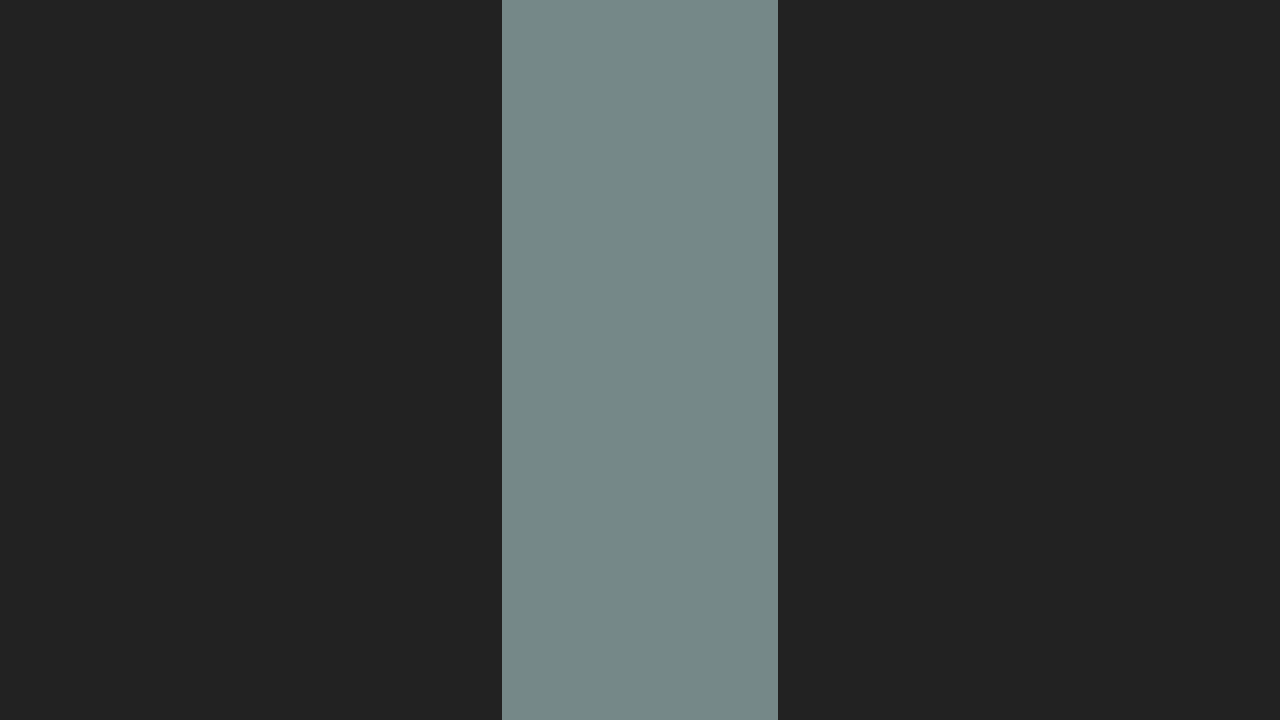
Repository: mindfoo/project-game
Page: index.html
An editor plug-in stored every save of this project. The page is shown before and after the next save, followed by the edit.
The browser window is 1280 px wide. The pictures show the whole page.

Above is the page before, as saved 2020-03-25 21:39:44.

### index.html
<!DOCTYPE html>
<html lang="en">
  <head>
    <meta charset="UTF-8" />
    <meta name="viewport" content="width=device-width;
    initial-scale=1; maximum-scale=1; user-scalable=0;"/>
    <meta http-equiv="X-UA-Compatible" content="ie=edge" />
    <link rel="stylesheet" href="styles/style.css" />
    <title>Project | Flappy Corona</title>
  </head>
  <body>

    <div id="game-board">
      <canvas id="canvas" width="100vw" height="400" ></canvas>

      <button class="start" id="start-button">Start Pandemic</button>
    </div>

    <script type="text/javascript" src="js/obstacles.js"></script>
    <script type="text/javascript" src="js/player.js"></script>
    <script type="text/javascript" src="js/background.js"></script>
    <script type="text/javascript" src="js/game.js"></script>
    <script type="text/javascript" src="js/script.js"></script>
  </body>
</html>

### styles/style.css
@import url('https://fonts.googleapis.com/css2?family=Sen:wght@400;700;800&display=swap');


html, body {
  overflow: hidden;
  margin: 0;
  padding: 0;
  background: #222;
  width: 100vw;
  height: 100vh;
  position: relative;
  display: flex;
  text-align: center;
  align-items: center;
  justify-content: center;
}

canvas{
  z-index: 1;
  background: #758888;
}

body > * {
  font-family: 'Sen', sans-serif;
  font-weight: 800;
}

body h1 {
  font-size: 30px;
  text-transform: uppercase;
}

body button {
  font-size: 20px;
  background-color: black;
  color: #fff;
  padding: 20px 30px;
  border: 0;
  margin: 40px;
}

#game-board {
  display: flex;
  flex-direction: column;
}

### js/obstacles.js
class ObstaclePipes {
    constructor(game) {
      this.game = game;
      this.ctx = game.ctx;

      this.height = 452/5;
      this.width = 471/5;

      this.x = this.game.width;
      this.y = Math.floor((Math.random() * (this.game.height-this.height)));

      this.speed = 3;

      this.position = [];

      this.image = new Image();
      this.image.src = "./images/corona.png";
    }
    drawObstacle() {
      console.log(this.y)
      this.ctx.drawImage(this.image, this.x, this.y, this.width, this.height);
    }
    update() {
      this.x -= this.speed;
    }
  }

### js/player.js
class Player {
  constructor(game) {
    this.game = game;
    this.ctx = game.ctx;
    this.x = 20;
    this.y = this.game.height / 2;
    this.width = 40;
    this.height = 35;

    this.speedY = 0;
    this.gravity = 0.05;
    this.gravitySpeed = 0;

    this.image = new Image();
    this.image.src = "./images/playa.png";
  }
  // only draws the player
  drawPlayer() {
    this.ctx.drawImage(this.image, this.x, this.y, this.width, this.height);
    //console.log(this.speedY , this.speedX);
  }

  update() {
    this.y += this.speedY;

    if (this.y < 0) {
      this.speedY = 1;
      this.y = 0;
    }
    if (this.y >= this.game.height - this.height) {
      this.speedY = 0;
    }
  }

  setControls() {

    window.addEventListener("keydown", event => {
      /*
      if (event.keyCode === 38) {
        this.speedY = -1;
      }
      if (event.keyCode === 40) {
        this.speedY = 1;
      }
      if (event.keyCode === 37) {
        this.speedX = -1;
      }
      if (event.keyCode === 39) {
        this.speedX = 1;
      }
      */
      if (event.keyCode === 32) {
        event.preventDefault();
        //console.log("pressed");

        this.speedY = -1;
        this.gravity = -.2;
        this.update();
      }
    });

    window.addEventListener("keyup", event => {
      if (event.keyCode === 32) {
        event.preventDefault();
        this.speedY *= -1;
      }
    });

  }

  // sets gravity on the position????
  newPos() {
    this.gravitySpeed += this.gravity;
    this.y += this.speedY - this.gravitySpeed;
  }
}

### js/background.js
class infiniteBackground {
    constructor(game){
        this.game = game;
        this.ctx = game.ctx;

        this.x = 0;
        this.y = 0;
        //this.width = 150;//900
        //this.height = 150;//504
        this.width = game.width; //900
        this.height = game.height; //504
        this.scrollSpeed = .5;

        this.image = new Image();

        this.image.src = "./images/cave.png";

    }
    drawBackground(){
        //console.log("drawing bg" + this.scrollSpeed)
        // draw image 1
        this.ctx.drawImage(this.image, this.x, this.y, this.width, this.height);
        // draw image 2
        this.ctx.drawImage(this.image, this.x + this.width, this.y, this.width, this.height);

        // update image height
        this.x -= this.scrollSpeed;
        //console.log(this.x);

        // resetting the images when the first image entirely exits the screen
        if (this.x < -this.game.width) {
            this.x = 0;
            //console.log("this");
        }


    }
}

### js/game.js
class Game {
  constructor(canvas) {
    this.canvas = canvas;
    this.ctx = canvas.getContext("2d");
    this.width = canvas.width;
    this.height = canvas.height;


    this.background = new infiniteBackground(this);
    //this.obstacle = new ObstaclePipes(this);
    this.animationId;

    this.player = new Player(this);
    this.player.setControls();

    this.frame = 0;
    this.obstaclesArray = [];
    this.scoreArray = [];
    //Helper for obstacle creation
    this.frame = 0;

    this.gameStatus = "game";
  }

  start() {
    //console.log("I started the game");
    if (this.gameStatus === "game") {
      this.animation();
    }
  }
  draw() {
    //console.log("I draw the game");
    this.ctx.clearRect(0, 0, this.width, this.height);
    this.background.drawBackground();
    this.player.drawPlayer();

    //Iterate over the obstacles
    for (let obstacle of this.obstaclesArray) {
      obstacle.drawObstacle();
    }
  }


  obstaclesExistence() {
    for (let obstacle of this.obstaclesArray) {
      obstacle.update();

      if (this.checkCollision(this.player, obstacle)) {
        this.gameStatus = "game-over";
      }

      if (obstacle.x + obstacle.width < 0) {
        this.obstaclesArray.shift();
        this.scoreArray.push(1);
        console.log(this.scoreArray);
      }
    }
  }


  checkCollision(player, object) {
    if (object) {
      return (
        player.x < object.x + object.width/2 &&
        player.x + player.width > object.x + object.width/2 &&
        player.y < object.y + object.height/2 &&
        player.y + player.height > object.y
      );
    }
  }

  gameOver() {
    this.ctx.save();
    this.ctx.fillStyle = 'rgba(255, 165, 0, 0.5)';
    this.ctx.fillRect(0, 0, this.width, this.height);
    this.ctx.fillStyle = '#222222';
    this.ctx.font = "italic small-caps bold 12px Sen";

    this.ctx.fillText(`GAME OVER!`, this.width / 2, this.height - 80);
    this.ctx.fillText(
      `YOU AVOIDED ${this.scoreArray.length} OBSTACLE(S)`,
      this.width / 8,
      100
    );

    this.ctx.restore();
    //this.player.carCrashAudio.play();
  }



  animation() {
    this.draw();
    this.update();
    this.animationId = window.requestAnimationFrame(() => {
      if (this.gameStatus === "game") {
        this.animation();
      }
      if (this.gameStatus === "game-over") {
        window.cancelAnimationFrame(this.animationId);
        this.gameOver();
      }
    });
  }

  update() {
    this.frame++;
    //console.log("I updated");
    this.player.update();
    //Append obstacles being created into array
    if (this.frame % 120 === 0) {
      this.obstaclesArray.push(new ObstaclePipes(this));
    }
    this.obstaclesExistence();
  }
}

### js/script.js
window.onload = function() {
  const canvas = document.querySelector("canvas");
  const game = new Game(canvas);

  document.getElementById("start-button").onclick = function() {
    event.preventDefault();
    game.start();
  };




};

After the next save:
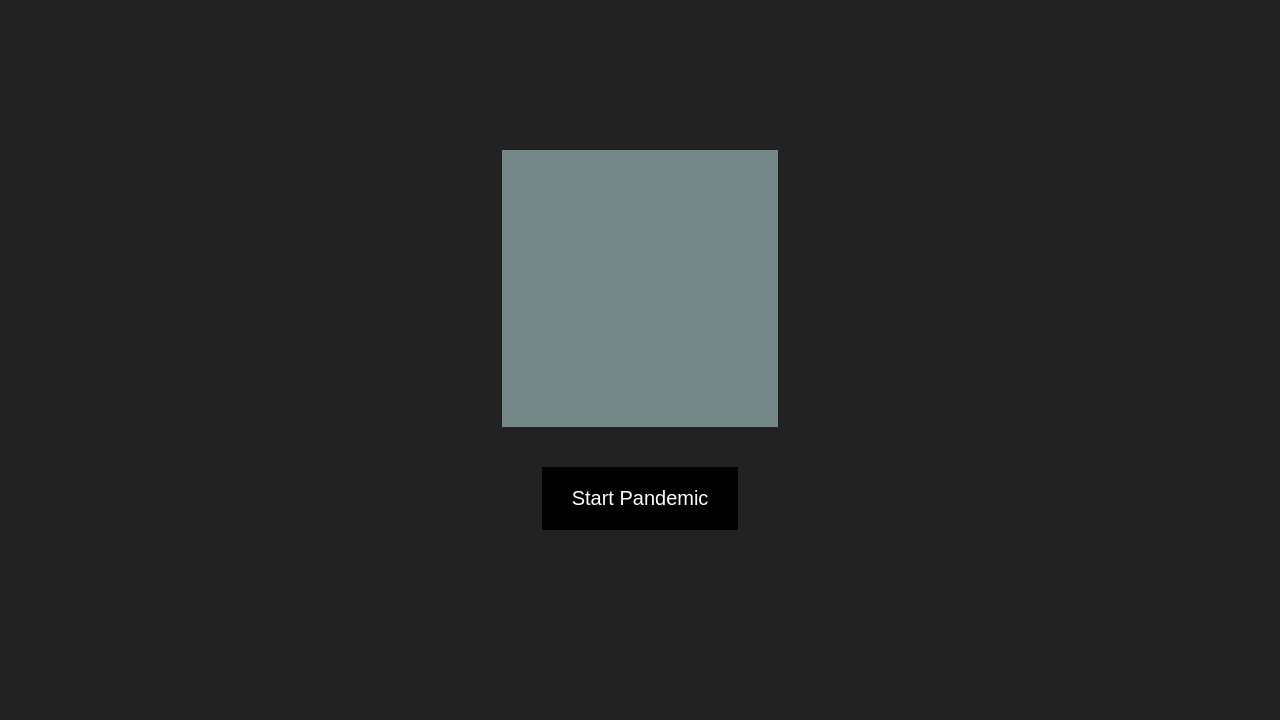
Saved 4 s later.
--- a/index.html
+++ b/index.html
@@ -11,7 +11,7 @@
   <body>
 
     <div id="game-board">
-      <canvas id="canvas" width="100vw" height="400" ></canvas>
+      <canvas id="canvas" width="100vw" height="100vh" ></canvas>
 
       <button class="start" id="start-button">Start Pandemic</button>
     </div>
